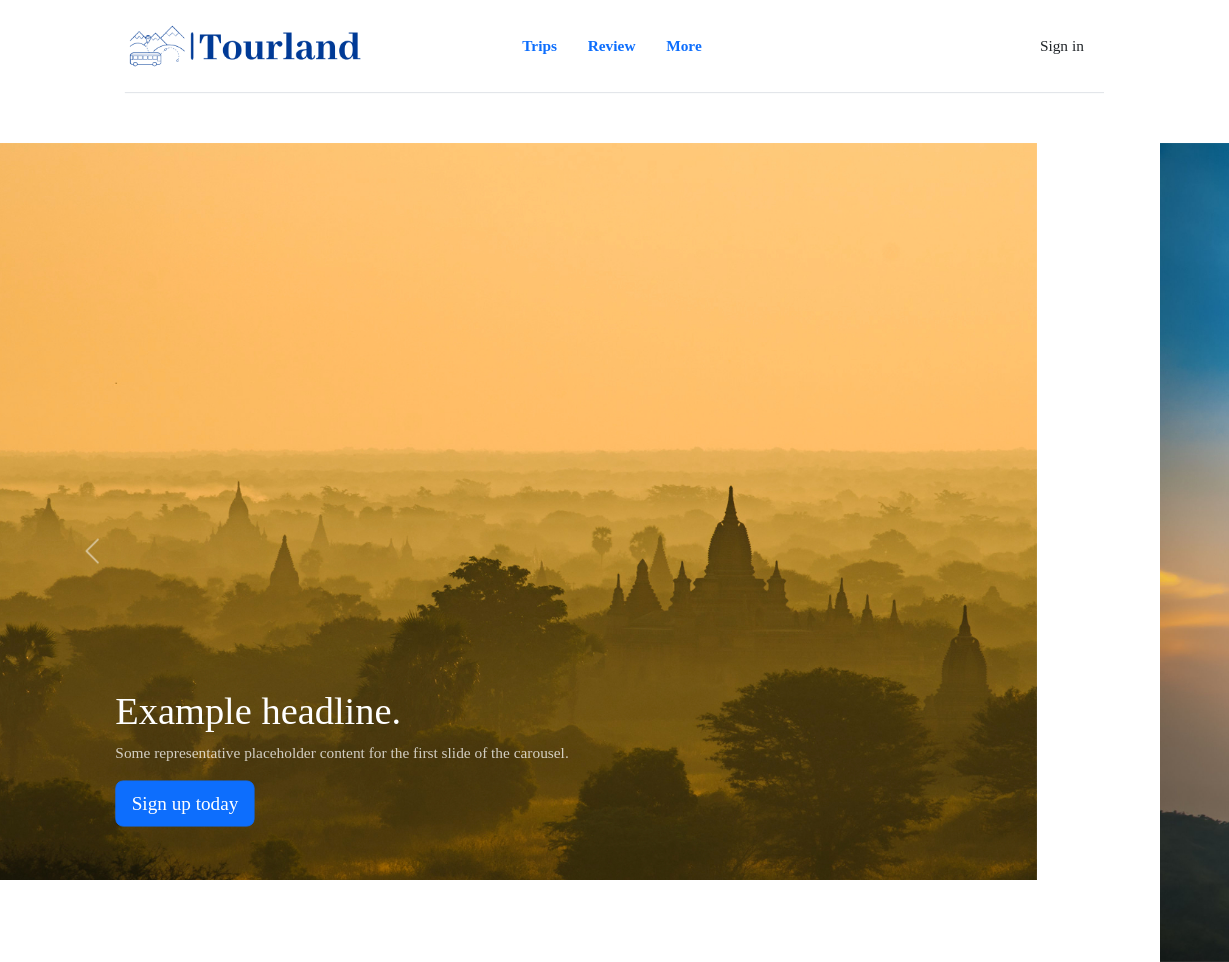
Repository: nyeinsu4520/tourland
Page: http://localhost/index
These files come from the project's save history. The page is drawn as it stood at one moment and after the next save; the edit follows.
The browser window is 1280 px wide. The pictures show the whole page, at 96% of full size.
Some web fonts or font styles are not loaded; a fallback is used. The page is this project's Thymeleaf template; nobody is signed in. The template is opened directly, without the code that normally fills it, so the values that code supplies are empty.

Above is the page before, as saved 2024-05-31 17:09:53.

After the next save:
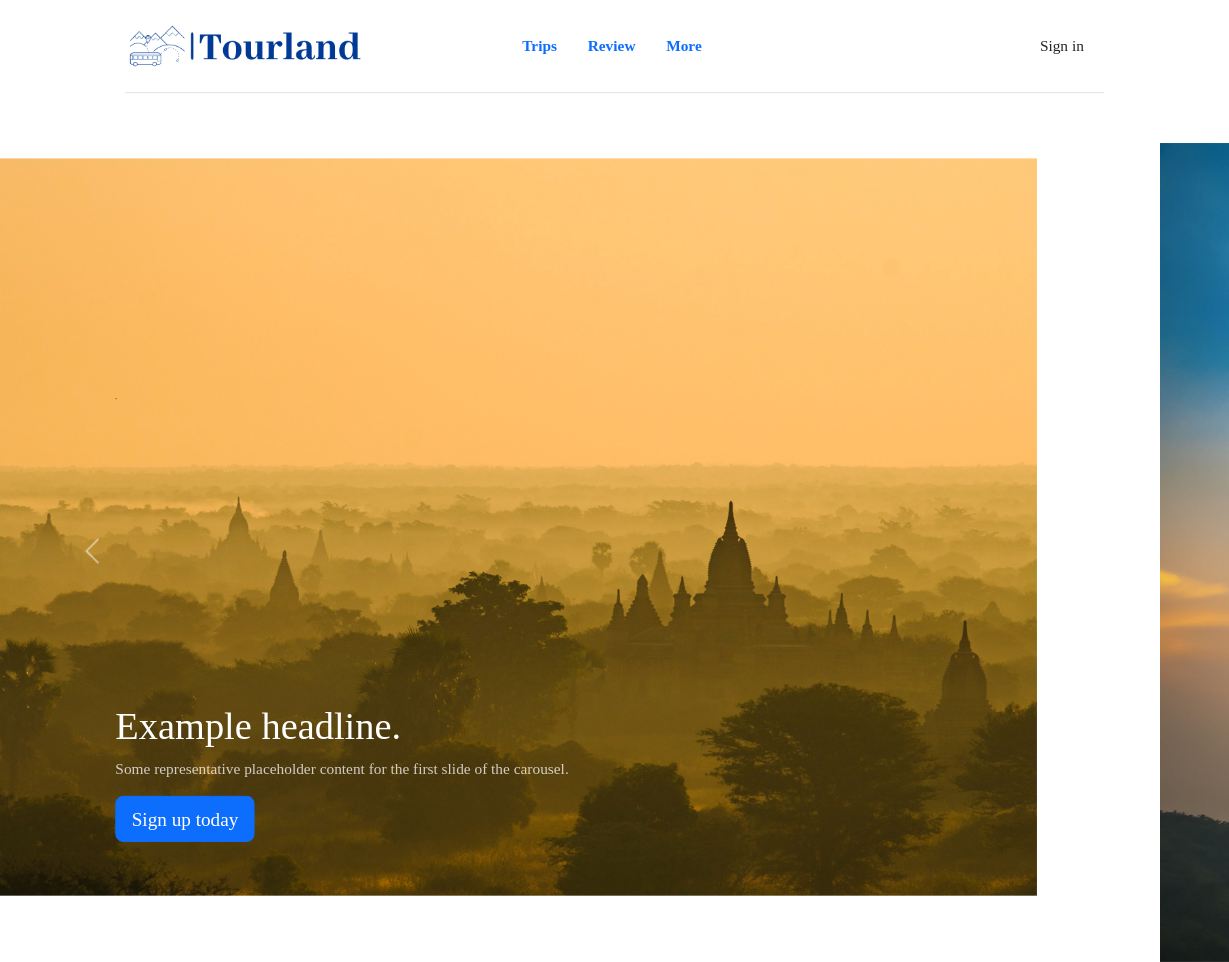
Saved 10 s later.
--- a/Tourland/src/main/resources/templates/index.html
+++ b/Tourland/src/main/resources/templates/index.html
@@ -85,7 +85,7 @@
         <button type="button" data-bs-target="#myCarousel" data-bs-slide-to="2" aria-label="Slide 3"></button>
       </div>
       <div class="carousel-inner">
-        <div class="carousel-item active" text-align="center">
+        <div class="carousel-item active mt-3">
           <img src="./image/img/bagan1.jpg" width="90%" >
           <div class="container">
             <div class="carousel-caption text-start">
